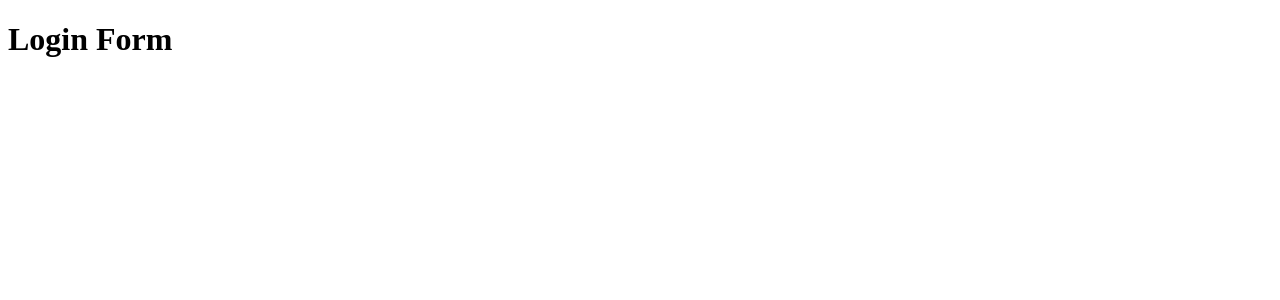
Repository: sunkim96/cosw30
Page: http://localhost/homework/labwork/lab2/register.php
The author's editor kept a record of every edit. The page is drawn from the files as they stood at one moment, then again after the next edit.
The browser window is 1280 px wide. The pictures show the whole page.
The page is run by PHP 8.4 with error messages shown; the project is at /var/www/html/.

Above is the page before.

After the next edit:
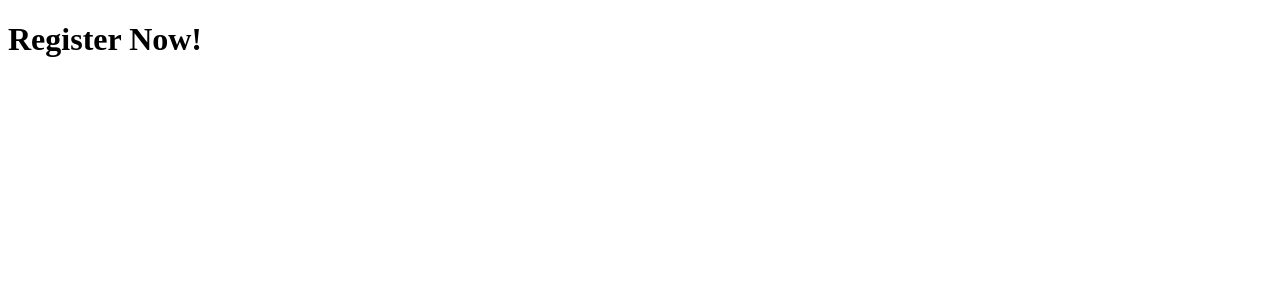
The edit:
--- a/homework/labwork/lab2/register.php
+++ b/homework/labwork/lab2/register.php
@@ -5,6 +5,6 @@
         <title>Register Form</title>
     </head>
     <body>
-        <h1>Login Form</h1>
+        <h1>Register Now!</h1>
 
 </html>
